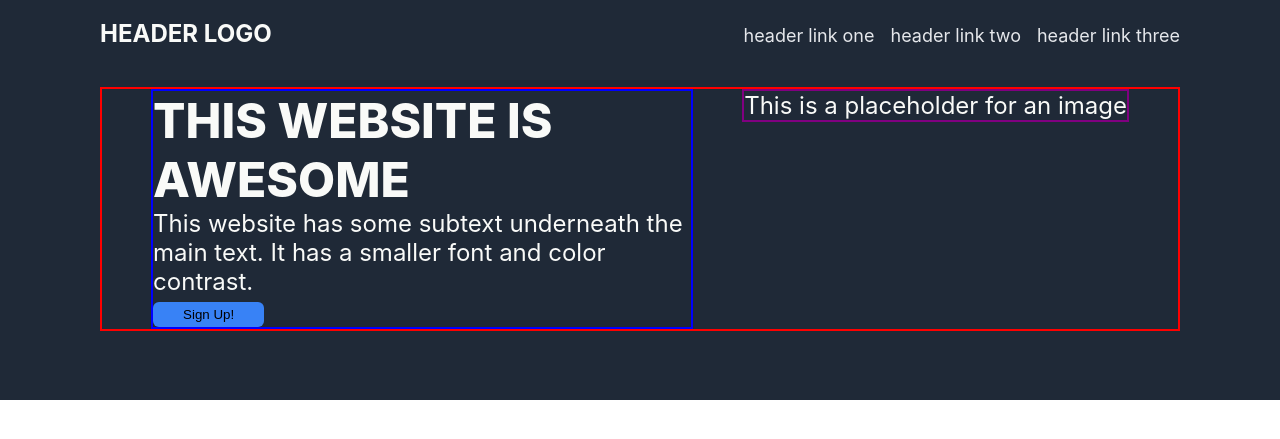
Repository: bbrockbrown/landing-page
Page: index.html
An editor plug-in stored every save of this project. The page is shown before and after the next save, followed by the edit.
The browser window is 1280 px wide. The pictures show the whole page.

Above is the page before, as saved 2024-07-24 15:20:30.

### index.html
<!DOCTYPE html>
<html lang="en">
<head>
    <meta charset="UTF-8">
    <meta name="viewport" content="width=device-width, initial-scale=1.0">
    <link rel="stylesheet" href="styles.css">
    <title>Landing Page</title>
</head>
<body>

    <div class="header">
        <div class="upper-header">
            <div class="logo" style="font-weight: bolder">HEADER LOGO</div>
            <ul class="header-links">
                <li><a href="https://www.google.com/" target="_blank">header link one</a></li>
                <li><a href="https://www.google.com/" target="_blank">header link two</a></li>
                <li><a href="https://www.google.com/" target="_blank">header link three</a></li>
            </ul>
        </div>

        <div class="header-content">
            <div class="header-text">
                <div class="awesome-text">
                    THIS WEBSITE IS AWESOME
                </div>
                <div class="subtext">
                    This website has some subtext underneath the main text.
                    It has a smaller font and color contrast.
                </div>
                <button class="signup-button">Sign Up!</button>
            </div>

            <div class="header-image">
                This is a placeholder for an image
            </div>
        </div>
    </div>




    <div class="body">
        <div class="box-container">

        </div>

        <div class="quote-container">

        </div>
    </div>

    <div class="sign-up">

    </div>

    <div class="footer">

    </div>

</body>
</html>

### styles.css
body {
    font-family: -apple-system, BlinkMacSystemFont, 'Segoe UI', Roboto, Oxygen, Ubuntu, Cantarell, 'Open Sans', 'Helvetica Neue', sans-serif;
    margin: 0;
    min-height: 100vh;
    display: flex;
    flex-direction: column;
}

.header {
    background-color: #1F2937;
    font-size: 24px;
    color: #F9FAF8;
    display: flex;
    padding: 0px 100px 50px 100px;
    height: 350px;
    flex-direction: column;
    justify-content: space-around;
}

.upper-header {
    display: flex;
    justify-content: space-between;
}

.header-content {
    display: flex;
    text-align: left;
    align-items: flex-start;
    border: red solid 2px;
    justify-content: space-evenly;
}

.header-text {
    border: blue solid 2px;
    width: 50%;
    justify-content: stretch;
}

.header-image {
    justify-content: center;
    align-items: center;
    border: purple solid 2px;
}

.awesome-text {
    font-size: 48px;
    font-weight: 800;
}

button {
    padding: 5px 30px 5px 30px;
    border-radius: 6px;
}

.signup-button {
    background-color: #3882F6;
    border: none;

}

ul {
    margin: 0;
    padding: 0;
    list-style: none;
    display: flex;
    gap: 16px;
}

a {
    text-decoration: none;
    font-size: 18px;
    color: #E5E7EB;
}


.body {
    display: flex;
    flex: 1;
}

After the next save:
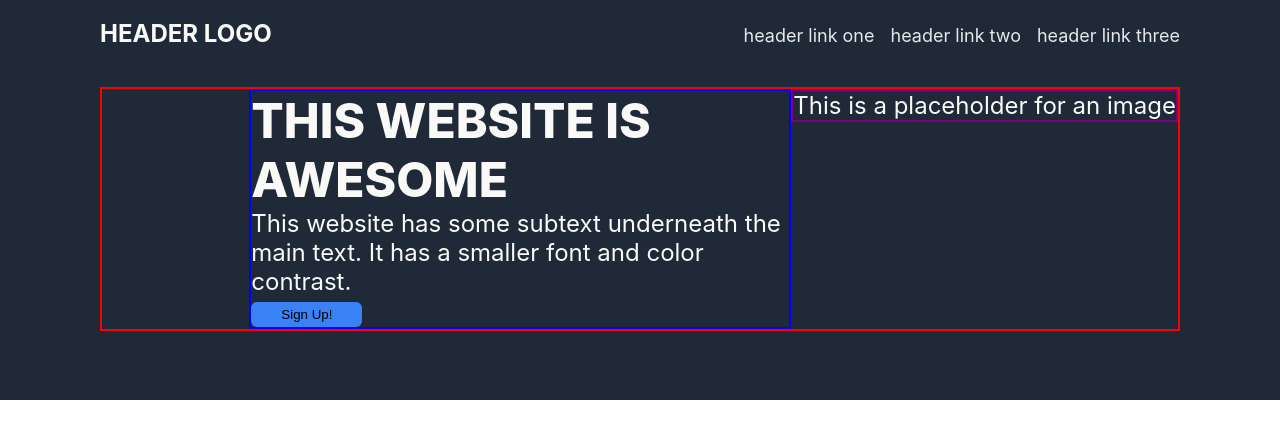
Saved 10 s later.
--- a/styles.css
+++ b/styles.css
@@ -27,7 +27,7 @@ body {
     text-align: left;
     align-items: flex-start;
     border: red solid 2px;
-    justify-content: space-evenly;
+    justify-content: flex-end;
 }
 
 .header-text {
